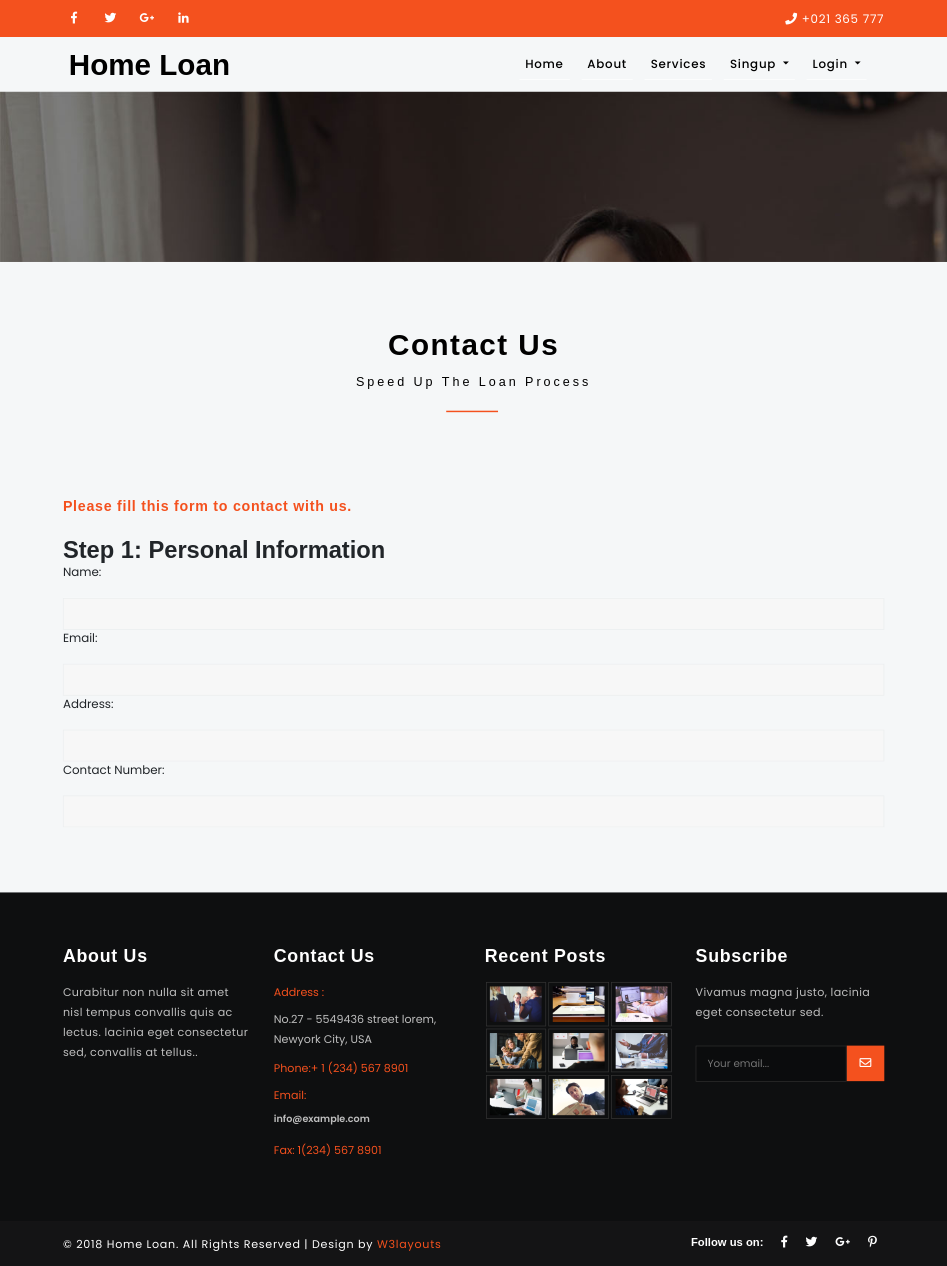
Repository: 72-faisal/Spring-MVC-project
Page: http://localhost/HomeLoan/WEB-INF/views/UserFormForLoanOnline2.jsp
An editor plug-in stored every save of this project. The page is shown before and after the next save, followed by the edit.
The browser window is 1280 px wide. The pictures show the whole page, at 74% of full size.
Some web fonts or font styles are not loaded; a fallback is used. The page is served by Tomcat 9. Nobody is signed in. Other server files are loaded and not shown. The template is opened directly, without the code that normally fills it, so the values that code supplies are empty.

Above is the page before, as saved 2023-12-29 11:42:30.

### HomeLoan/src/main/webapp/WEB-INF/views/UserFormForLoanOnline2.jsp
<%@ page language="java" contentType="text/html; charset=ISO-8859-1"
	pageEncoding="ISO-8859-1"%>

<!--
Author: W3layouts
Author URL: http://w3layouts.com
License: Creative Commons Attribution 3.0 Unported
License URL: http://creativecommons.org/licenses/by/3.0/
-->
<!DOCTYPE HTML>
<html lang="zxx">

<head>
<title>Home Loan a Banking Category Flat Bootstrap Responsive
	Website Template | Contact :: w3layouts</title>
<meta name="viewport" content="width=device-width, initial-scale=1">
<meta charset="utf-8">
<meta name="keywords"
	content="Home Loan Responsive web template, Bootstrap Web Templates, Flat Web Templates, Android Compatible web template,
SmartPhone Compatible web template, free WebDesigns for Nokia, Samsung, LG, SonyEricsson, Motorola web design" />
<script>
	addEventListener("load", function() {
		setTimeout(hideURLbar, 0);
	}, false);

	function hideURLbar() {
		window.scrollTo(0, 1);
	}
</script>

<!-- Bootstrap Core CSS -->
<link href="<%=request.getContextPath()%>/resources/css/bootstrap.css"
	rel='stylesheet' type='text/css' />
<link href="<%=request.getContextPath()%>/resources/css/style.css"
	rel='stylesheet' type='text/css' />
<!-- font-awesome icons -->
<link
	href="<%=request.getContextPath()%>/resources/css/fontawesome-all.min.css"
	rel="stylesheet">
<!-- //Custom Theme files -->
<!-- online fonts -->
<!-- titles -->
<link
	href="//fonts.googleapis.com/css?family=Raleway:300,400,500,600,700,800,900"
	rel="stylesheet">
<!-- body -->
<link
	href="//fonts.googleapis.com/css?family=Poppins:400,500,600,700,800"
	rel="stylesheet">
</head>

<body>

	<!-- header -->
	<header>
		<div class="top">
			<div class="container">
				<div class="t-op row">
					<div class="col-sm-6 top-middle">
						<ul>
							<li><a href="#"><i class="fab fa-facebook-f"></i></a></li>
							<li><a href="#"><i class="fab fa-twitter"></i></a></li>
							<li><a href="#"><i class="fab fa-google-plus-g"></i></a></li>
							<li><a href="#"><i class="fab fa-linkedin-in"></i></a></li>
						</ul>
					</div>
					<div class="col-sm-6 top-left">
						<ul>
							<li><i class="fas fa-phone"></i> +021 365 777</li>
						</ul>
					</div>
				</div>
			</div>
		</div>
		<div class="container">
			<nav class="navbar navbar-expand-lg navbar-light">
				<h1>
					<a class="navbar-brand text-capitalize" href=index> Home Loan </a>
				</h1>
				<button class="navbar-toggler" type="button" data-toggle="collapse"
					data-target="#navbarSupportedContent"
					aria-controls="navbarSupportedContent" aria-expanded="false"
					aria-label="Toggle navigation">
					<span class="navbar-toggler-icon"></span>
				</button>

				<div class="collapse navbar-collapse" id="navbarSupportedContent">
					<ul class="navbar-nav text-center  ml-lg-auto">
						<li class="nav-item mr-3"><a class="nav-link" href=index>Home
								<span class="sr-only">(current)</span>
						</a></li>
						<li class="nav-item  mr-3"><a class="nav-link" href="about">About</a>
						</li>
						<li class="nav-item  mr-3"><a class="nav-link"
							href="services">Services</a></li>
						<li class="nav-item dropdown mr-3"><a
							class="nav-link dropdown-toggle" href="#" id="navbarDropdown"
							role="button" data-toggle="dropdown" aria-haspopup="true"
							aria-expanded="false"> Singup </a>
							<div class="dropdown-menu" aria-labelledby="navbarDropdown">
								<a class="dropdown-item" href="UserRegister">Register</a>
								<!-- <a class="dropdown-item" href="gallery">Gallery</a> -->
							</div></li>
						<li class="nav-item dropdown mr-3"><a
							class="nav-link dropdown-toggle" href="#" id="navbarDropdown"
							role="button" data-toggle="dropdown" aria-haspopup="true"
							aria-expanded="false"> Login </a>
							<div class="dropdown-menu" aria-labelledby="navbarDropdown">
								<a class="dropdown-item" href="UserLogin">Login</a>
								<!-- <a class="dropdown-item" href="gallery">Gallery</a> -->
							</div></li>
						<!-- 	<li class="nav-item active"><a class="nav-link"
							href="contact">contact</a></li> -->
					</ul>
				</div>
			</nav>
		</div>
	</header>
	<!-- //header -->
	<!-- banner -->
	<section class="banner-1"></section>
	<!-- //banner -->
	<!--/contact-->
	<section class="contact py-5">
		<div class="container py-md-4 mt-md-3">
			<h2 class="heading-agileinfo">
				Contact Us<span>Speed Up The Loan Process</span>
			</h2>
			<span class="w3-line black"></span>
			<div class="inner-sec-w3layouts-agileinfo mt-md-5 pt-5">

				<div class="contact_grid_right mt-5">
					<h6>Please fill this form to contact with us.</h6>
					<form action="UploadDocuments" method="post" enctype="multipart/form-data">
						 <!-- Step 1: Personal Information -->
    						<h2>Step 1: Personal Information</h2>
    						<label for="lname">Name:</label>
	    					<input type="text" id="lname" name="lname" required>
	    					<label for="lemail">Email:</label>
	    					<input type="text" id="lemail" name="lemail" required>
    						<label for="laddress">Address:</label>
   							<input type="text" id="laddress" name="laddress" required>
    						<label for="lcontact">Contact Number:</label>
						   	<input type="text" id="lcontact" name="lcontact" required>
    					</form>
				</div>
			</div>
		</div>
	</section>
	<!--//contact-->
	<!--footer-->
	<footer>
		<div class="container py-md-4 mt-md-3">
			<div class="row footer-top-w3layouts-agile py-5">
				<div class="col-lg-3 col-md-6 col-sm-6 footer-grid">
					<div class="footer-title">
						<h3>About Us</h3>
					</div>
					<div class="footer-text">
						<p>Curabitur non nulla sit amet nisl tempus convallis quis ac
							lectus. lacinia eget consectetur sed, convallis at tellus..</p>

					</div>
				</div>
				<div class="col-lg-3 col-md-6 col-sm-6 footer-grid">
					<div class="footer-title">
						<h3>Contact Us</h3>
					</div>
					<div class="footer-office-hour">
						<ul>
							<li class="hd">Address :</li>
							<li>No.27 - 5549436 street lorem, Newyork City, USA</li>

						</ul>
						<ul>
							<li class="hd">Phone:+ 1 (234) 567 8901</li>
							<li class="hd">Email: <a href="mailto:info@example.com">info@example.com</a>
							</li>
							<li class="hd">Fax: 1(234) 567 8901</li>
						</ul>
					</div>
				</div>
				<div class="col-lg-3 col-md-6 col-sm-6 footer-grid">
					<div class="footer-title">
						<h3>Recent Posts</h3>
					</div>
					<div class="footer-list">
						<div class="flickr-grid">
							<a href="#" data-toggle="modal" data-target="#myModal"> <img
								src="<%=request.getContextPath()%>/resources/images/g1.jpg"
								class="img-fluid" alt=" ">
							</a>
						</div>
						<div class="flickr-grid">
							<a href="#" data-toggle="modal" data-target="#myModal"> <img
								src="<%=request.getContextPath()%>/resources/images/g2.jpg"
								class="img-fluid" alt=" ">
							</a>
						</div>
						<div class="flickr-grid">
							<a href="#" data-toggle="modal" data-target="#myModal"> <img
								src="<%=request.getContextPath()%>/resources/images/g3.jpg"
								class="img-fluid" alt=" ">
							</a>
						</div>
						<div class="flickr-grid">
							<a href="#" data-toggle="modal" data-target="#myModal"> <img
								src="<%=request.getContextPath()%>/resources/images/g4.jpg"
								class="img-fluid" alt=" ">
							</a>
						</div>
						<div class="flickr-grid">
							<a href="#" data-toggle="modal" data-target="#myModal"> <img
								src="<%=request.getContextPath()%>/resources/images/g5.jpg"
								class="img-fluid" alt=" ">
							</a>
						</div>
						<div class="flickr-grid">
							<a href="#" data-toggle="modal" data-target="#myModal"> <img
								src="<%=request.getContextPath()%>/resources/images/g6.jpg"
								class="img-fluid" alt=" ">
							</a>
						</div>
						<div class="flickr-grid">
							<a href="#" data-toggle="modal" data-target="#myModal"> <img
								src="<%=request.getContextPath()%>/resources/images/g7.jpg"
								class="img-fluid" alt=" ">
							</a>
						</div>
						<div class="flickr-grid">
							<a href="#" data-toggle="modal" data-target="#myModal"> <img
								src="<%=request.getContextPath()%>/resources/images/g9.jpg"
								class="img-fluid" alt=" ">
							</a>
						</div>
						<div class="flickr-grid">
							<a href="#" data-toggle="modal" data-target="#myModal"> <img
								src="<%=request.getContextPath()%>/resources/images/g8.jpg"
								class="img-fluid" alt=" ">
							</a>
						</div>
						<div class="clearfix"></div>
					</div>
				</div>
				<div class="col-lg-3 col-md-6 col-sm-6 footer-grid">
					<div class="footer-title">
						<h3>Subscribe</h3>
					</div>
					<p>Vivamus magna justo, lacinia eget consectetur sed.</p>
					<form action="#" method="post" class="newsletter">
						<input class="email" type="email" placeholder="Your email..."
							required="">
						<button class="btn1">
							<i class="far fa-envelope"></i>
						</button>
					</form>
					<div class="clearfix"></div>
				</div>
			</div>
		</div>
	</footer>
	<!---->
	<div class="copyright py-3">
		<div class="container">
			<div class="copyrighttop">
				<ul>
					<li>
						<h4>Follow us on:</h4>
					</li>
					<li><a class="facebook" href="#"> <i
							class="fab fa-facebook-f"></i>
					</a></li>
					<li><a class="facebook" href="#"> <i
							class="fab fa-twitter"></i>
					</a></li>
					<li><a class="facebook" href="#"> <i
							class="fab fa-google-plus-g"></i>
					</a></li>
					<li><a class="facebook" href="#"> <i
							class="fab fa-pinterest-p"></i>
					</a></li>
				</ul>
			</div>
			<div class="copyrightbottom">
				<p>
					© 2018 Home Loan. All Rights Reserved | Design by <a
						href="http://w3layouts.com/">W3layouts</a>
				</p>
			</div>
			<div class="clearfix"></div>
		</div>
	</div>
	<!-- Modal -->
	<div class="modal fade" id="myModal" tabindex="-1" role="dialog"
		aria-labelledby="exampleModalCenterTitle" aria-hidden="true">
		<div class="modal-dialog modal-dialog-centered" role="document">
			<div class="modal-content">
				<div class="modal-header">
					<h4 class="modal-title">Home Loan</h4>
					<button type="button" class="close" data-dismiss="modal"
						aria-label="Close">
						<span aria-hidden="true">&times;</span>
					</button>
				</div>
				<div class="modal-body">
					<div class="agileits-w3layouts-info">
						<img src="<%=request.getContextPath()%>/resources/images/g6.jpg"
							class="img-fluid" alt="" />
						<p>Duis venenatis, turpis eu bibendum porttitor, sapien quam
							ultricies tellus, ac rhoncus risus odio eget nunc. Pellentesque
							ac fermentum diam. Integer eu facilisis nunc, a iaculis felis.
							Pellentesque pellentesque tempor enim, in dapibus turpis
							porttitor quis.</p>
					</div>
				</div>
				<div class="modal-footer">
					<button type="button" class="btn btn-secondary"
						data-dismiss="modal">Close</button>
					<button type="button" class="btn btn-primary">Save changes</button>
				</div>
			</div>
		</div>
	</div>
	<!-- //Modal -->
	<!-- js-->
	<script
		src="<%=request.getContextPath()%>/resources/js/jquery-2.2.3.min.js"></script>
	<!-- js-->
	<!-- Bootstrap Core JavaScript -->
	<script src="<%=request.getContextPath()%>/resources/js/bootstrap.js ">

	</script>
	<!-- //Bootstrap Core JavaScript -->
</body>
</html>

Loaded but not shown: HomeLoan/src/main/webapp/WEB-INF/resources/assets/css/bootstrap.css (library); HomeLoan/src/main/webapp/WEB-INF/resources/assets/css/fontawesome-all.min.css (library); HomeLoan/src/main/webapp/WEB-INF/resources/assets/js/jquery-2.2.3.min.js (library); HomeLoan/src/main/webapp/WEB-INF/resources/assets/js/bootstrap.js (library); HomeLoan/src/main/webapp/WEB-INF/resources/assets/css/style.css (2094 lines, source omitted)

After the next save:
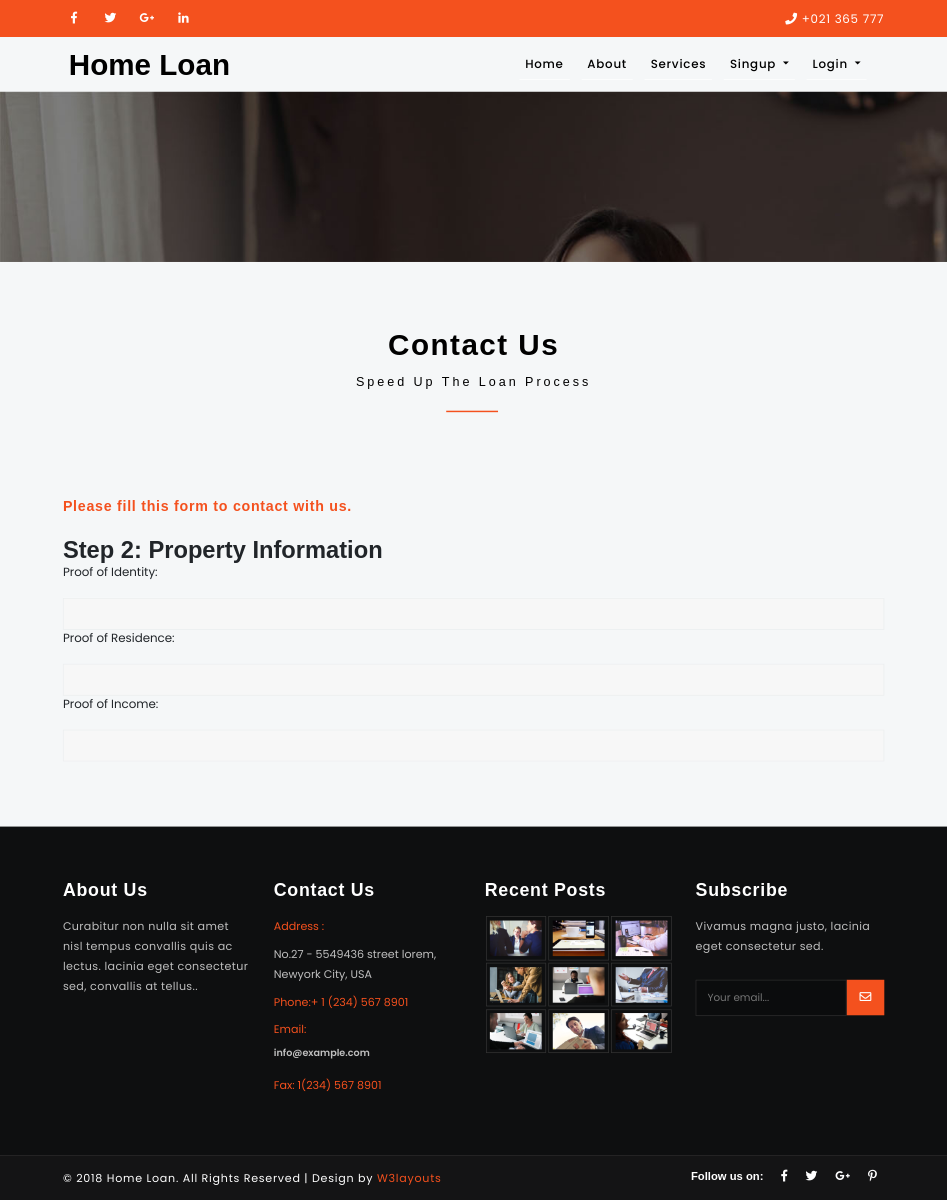
Saved 31 s later.
--- a/HomeLoan/src/main/webapp/WEB-INF/views/UserFormForLoanOnline2.jsp
+++ b/HomeLoan/src/main/webapp/WEB-INF/views/UserFormForLoanOnline2.jsp
@@ -132,16 +132,13 @@ SmartPhone Compatible web template, free WebDesigns for Nokia, Samsung, LG, Sony
 				<div class="contact_grid_right mt-5">
 					<h6>Please fill this form to contact with us.</h6>
 					<form action="UploadDocuments" method="post" enctype="multipart/form-data">
-						 <!-- Step 1: Personal Information -->
-    						<h2>Step 1: Personal Information</h2>
-    						<label for="lname">Name:</label>
-	    					<input type="text" id="lname" name="lname" required>
-	    					<label for="lemail">Email:</label>
-	    					<input type="text" id="lemail" name="lemail" required>
-    						<label for="laddress">Address:</label>
-   							<input type="text" id="laddress" name="laddress" required>
-    						<label for="lcontact">Contact Number:</label>
-						   	<input type="text" id="lcontact" name="lcontact" required>
+						 <h2>Step 2: Property Information</h2>
+    <label for="poidentity">Proof of Identity:</label>
+    <input type="text" id="poidentity" name="poidentity" required>
+    <label for="poresidence">Proof of Residence:</label>
+    <input type="text" id="poresidence" name="poresidence" required>
+    <label for="poincome">Proof of Income:</label>
+    <input type="text" id="poincome" name="poincome" required>
     					</form>
 				</div>
 			</div>
